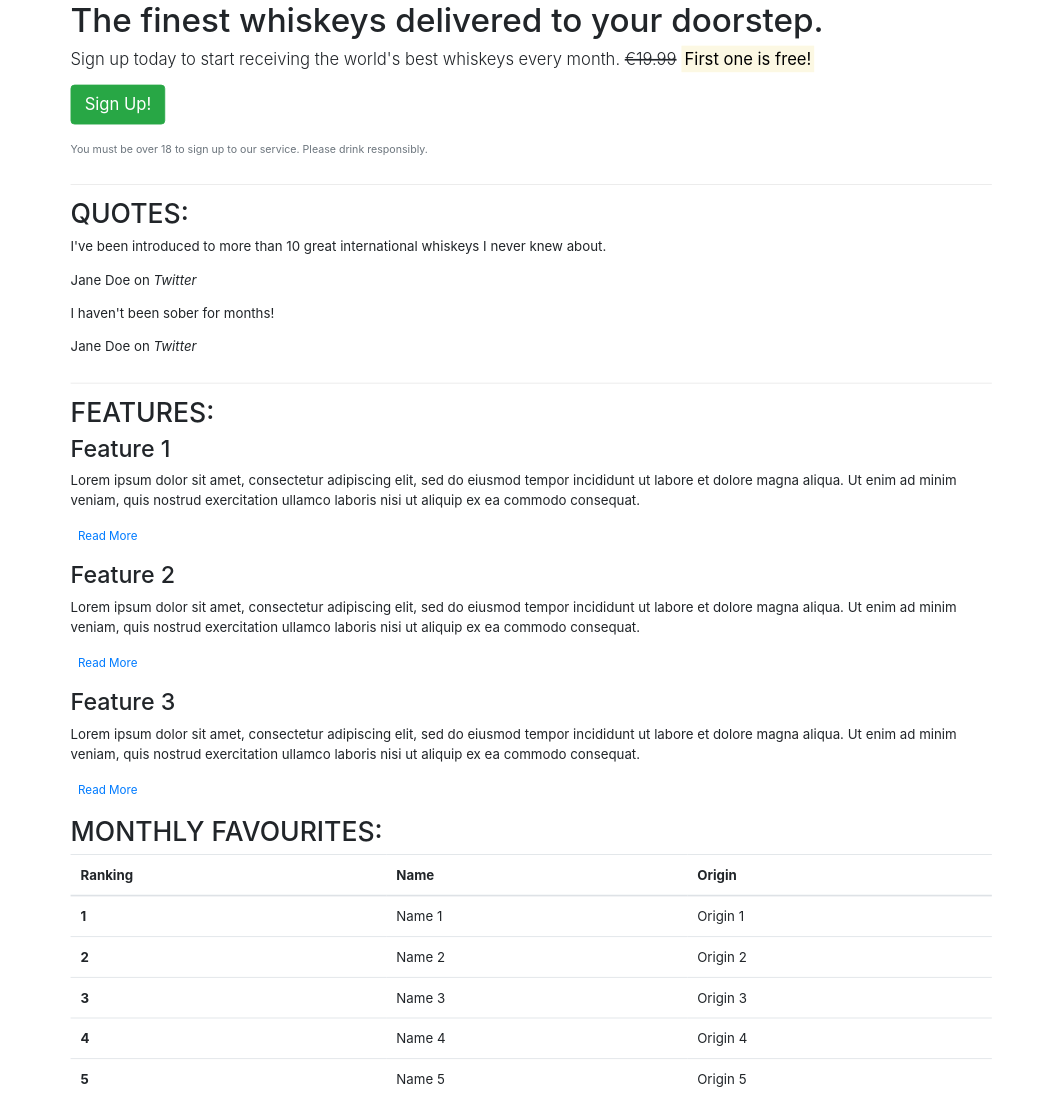
Repository: ElaineArchbold/bootstrap_landing_page1
Page: index.html
The author's editor kept a record of every edit. The page is drawn from the files as they stood at one moment, then again after the next edit.
The browser window is 1280 px wide. The pictures show the whole page, at 83% of full size.

Above is the page before.

After the next edit:
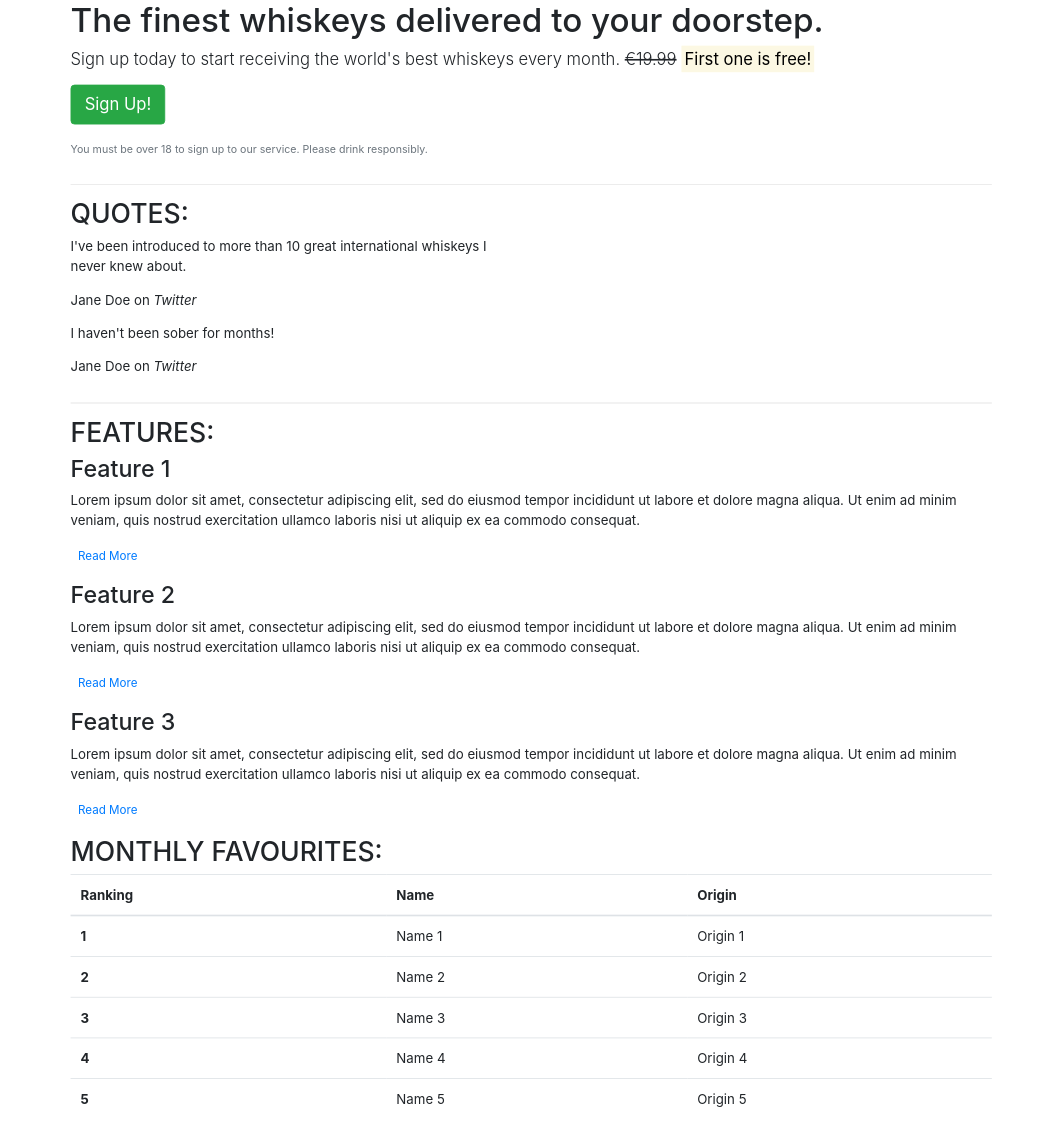
The edit:
--- a/index.html
+++ b/index.html
@@ -32,7 +32,7 @@
                 </div>
             </div>
             <div class="row">
-                <div class="col-12">
+                <div class="col-12 col-md-6">
                     <blockquote class="quote">
                         <p>I've been introduced to more than 10 great international whiskeys I never knew about.</p>
                         <footer>Jane Doe on <cite title="Twitter">Twitter</cite></footer>
